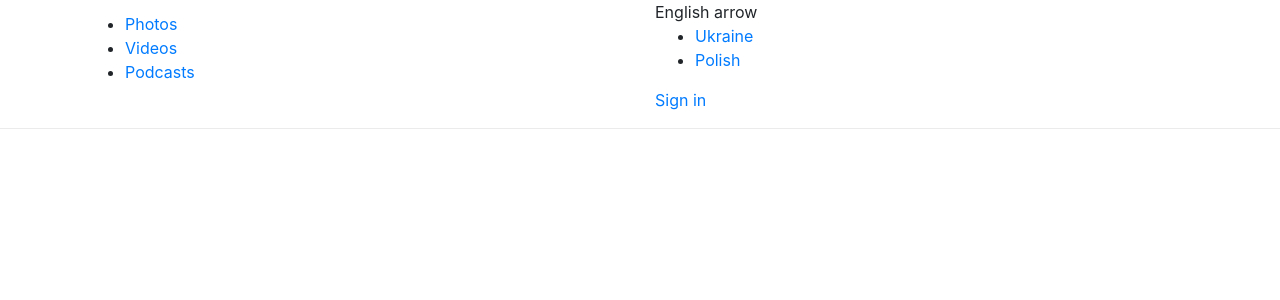
Repository: densavi/djinni
Page: index.html
The author's editor kept a copy of each file at every save. The page is drawn from the files as they stood at one save, then again after the next save.
The browser window is 1280 px wide. The pictures show the whole page.
The style sheet was rebuilt from its Sass, Less or Tailwind sources for each picture, by a compiler version that may differ from the author's.

Above is the page before, as saved 2023-04-10 21:22:41.
Console error (its wording comes from the project's code and is left out).

After the next save:
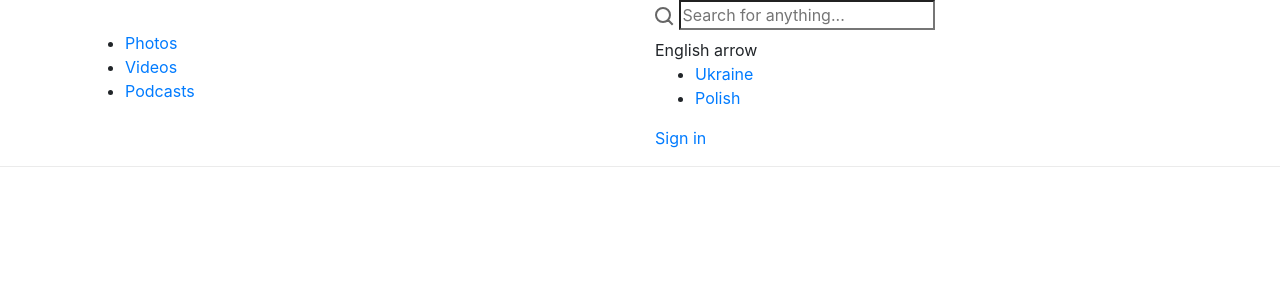
Saved 33 s later.
--- a/index.html
+++ b/index.html
@@ -23,6 +23,10 @@
           </nav>
         </div>
         <div class="col">
+          <label for="search" class="header__search">
+            <img src="img/search.svg" alt="">
+            <input type="search" placeholder="Search for anything...">
+          </label>
           <div class="header__lang">
             <span>
               English
